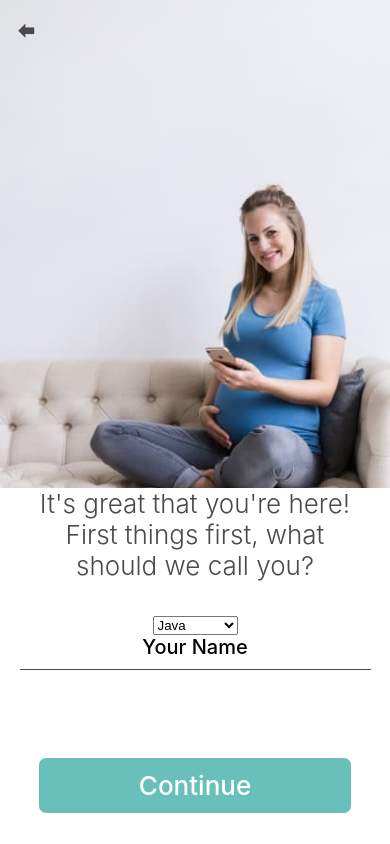
Repository: pheonixlegend/keleya
Screen: /Name
An editor plug-in stored every save of this project. The screen is shown before and after the next save, followed by the edit.
The app was drawn by React Native's web renderer in a window 390 px wide. The project was rebuilt for these pictures with package versions that can differ from the ones it lists, and the page was loaded fresh each time. Also part of the build but not shown: components/ImageHeader.tsx, components/LoginSignupDetails.tsx, screens/SignUp.tsx, screens/SignIn.tsx, screens/Date.tsx, screens/Workout.tsx, screens/Success.tsx.

Above is the screen before, as saved 2021-10-10 14:20:36.

After the next save:
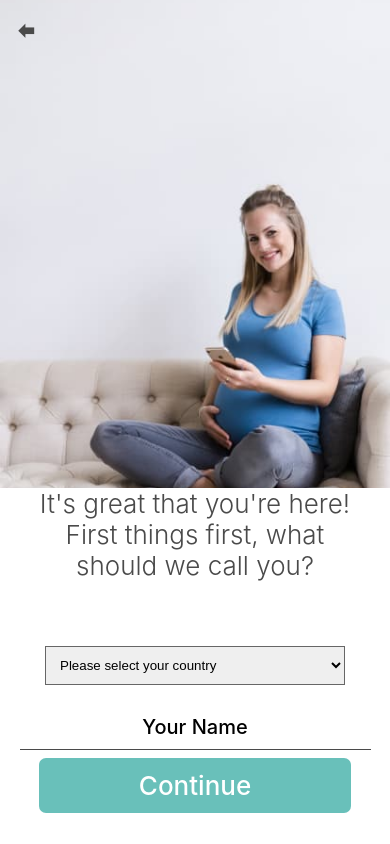
Saved 100 s later.
--- a/components/NameTimeDetails.tsx
+++ b/components/NameTimeDetails.tsx
@@ -11,7 +11,7 @@ interface Props {
 const NameTimeDetails: FC<Props> = ({ screenType }) => {
 
  // const [screenType, setScreenType] = useState(0);
- const [selectedLanguage, setSelectedLanguage] = useState();
+ const [country, setCountry] = useState('Unknown');
 
   return (
     <View>
@@ -27,10 +27,18 @@ const NameTimeDetails: FC<Props> = ({ screenType }) => {
            : 'When is your baby due, Sam?'}</Text>
 
         <Picker
-          selectedValue={selectedLanguage}>
-          <Picker.Item label="Java" value="jaffggfra" />
-          <Picker.Item label="JavaScript" value="js" />
-        </Picker>
+        selectedValue={country}
+        onValueChange={(value, index) => setCountry(value)}
+        mode="dropdown" // Android only
+        style={styles.picker}
+      >
+        <Picker.Item label="Please select your country" value="Unknown" />
+        <Picker.Item label="Australia" value="Australia" />
+        <Picker.Item label="Belgium" value="Belgium" />
+        <Picker.Item label="Canada" value="Canada" />
+        <Picker.Item label="India" value="India" />
+        <Picker.Item label="Japan" value="Japan" />
+      </Picker>
 
         <TextInput
           placeholder="Your Name"
@@ -134,8 +142,15 @@ const styles = StyleSheet.create({
 
   label: {
     margin: 8,
+  },
+
+  picker: {
+    marginVertical: 30,
+    width: 300,
+    padding: 10,
+    borderWidth: 1,
+    borderColor: "#666",
   }
-
 });
 
 export default NameTimeDetails
